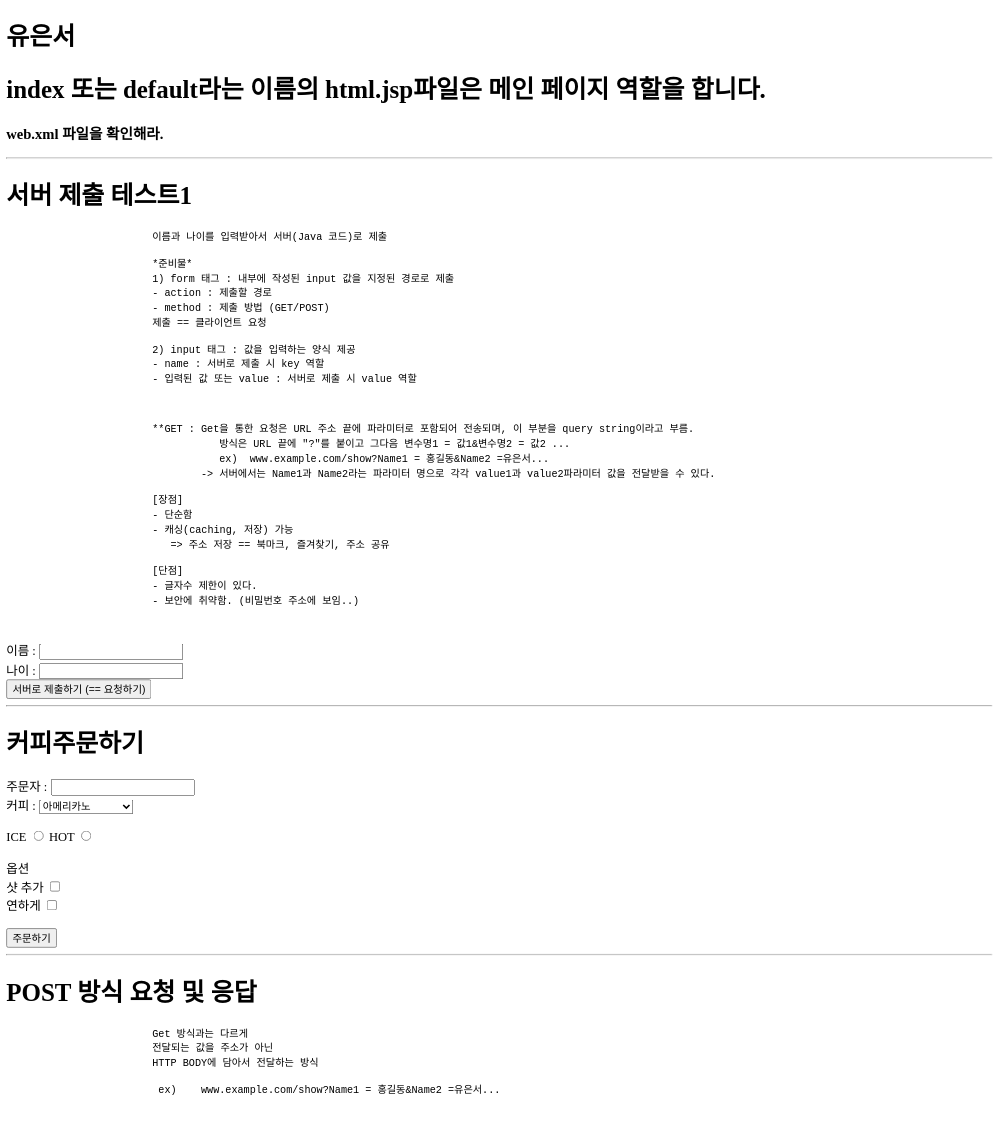
Repository: vegayes/06_Server
Page: ServletProject/src/main/webapp/index.html
The author's editor kept a copy of each file at every save. The page is drawn from the files as they stood at one save, then again after the next save.
The browser window is 1280 px wide. The pictures show the whole page, at 78% of full size.

Above is the page before, as saved 2023-09-15 03:02:28.

After the next save:
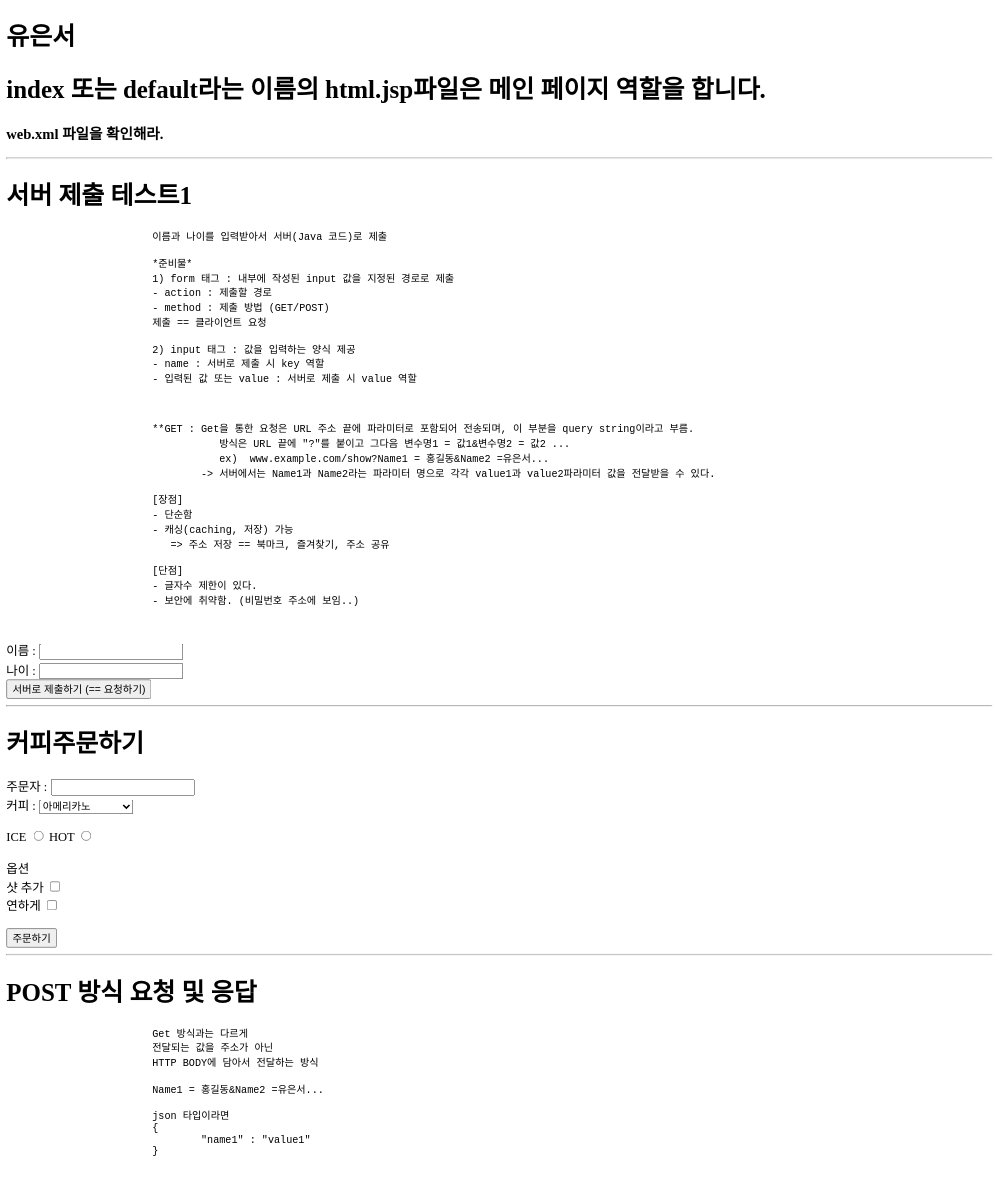
Saved 37 s later.
--- a/ServletProject/src/main/webapp/index.html
+++ b/ServletProject/src/main/webapp/index.html
@@ -93,7 +93,12 @@
 			전달되는 값을 주소가 아닌
 			HTTP BODY에 담아서 전달하는 방식
 
-			 ex) 	www.example.com/show?Name1 = 홍길동&Name2 =유은서...
+			Name1 = 홍길동&Name2 =유은서...
+
+			json 타입이라면
+			{
+				"name1" : "value1"
+			}
 
 		</pre>
 
